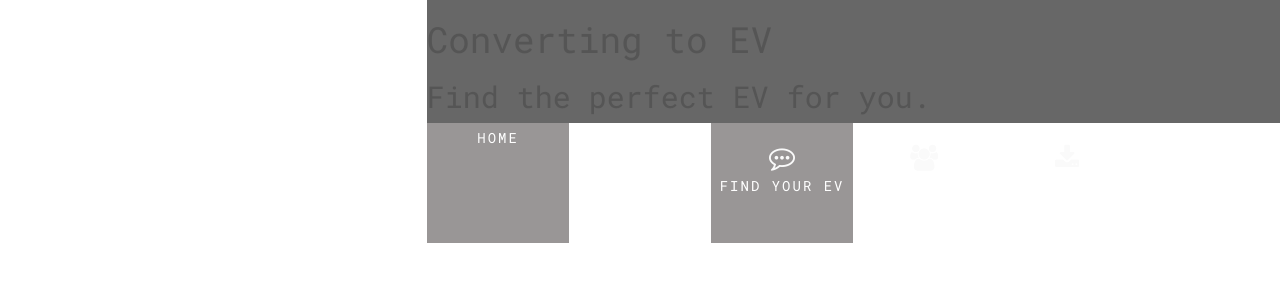
Repository: gnisco/2nd-project
Page: index.html
The author's editor kept a record of every edit. The page is drawn from the files as they stood at one moment, then again after the next edit.
The browser window is 1280 px wide. The pictures show the whole page.
Some web libraries are served in a nearby version.

Above is the page before.

### index.html
<!DOCTYPE html>
<html lang="en">
<head>
    <link rel="stylesheet" href="https://maxcdn.bootstrapcdn.com/bootstrap/3.3.7/css/bootstrap.min.css" type="text/css" />
    <link rel="stylesheet" href="https://maxcdn.bootstrapcdn.com/font-awesome/4.7.0/css/font-awesome.min.css" type="text/css" />
    <link rel="stylesheet" href="https://cdnjs.cloudflare.com/ajax/libs/hover.css/2.1.1/css/hover-min.css" type="text/css" />
    <link rel="stylesheet" href="assets/css/style.css" type="text/css" />
    <title>Convert to EV</title>
</head>

<body>
    <header class="container-fluid">
        <div class="row">
            <a href="index.html">
                <div class="col-md-4 logo"></div>
            </a>
            <div class="col-md-8">
                <div class="row bg-color-name-title">
                    <div class="heading">
                        <h1 class="name">Converting to EV</h1>
                        <h2 class="title">Find the perfect EV for you.</h2>
                    </div>
                </div>
                <div class="row">
                    <ul id="nav" class="list-inline clearfix">
                        <li class="col-xs-6 col-sm-2 ui-menu-color-home menuitem">
                            <a href="index.html" class="hvr-sweep-to-bottom"></i><span>Home</span></a>
                        </li>
                        <li class="col-xs-6 col-sm-2 ui-menu-color-resume menuitem">
                            <a href="resume.html" class="hvr-sweep-to-bottom"><span>Why switch?</span></a>
                        </li>
                        <li class="col-xs-6 col-sm-2 ui-menu-color-contact menuitem">
                            <a href="contact.html" class="hvr-sweep-to-bottom"><i class=" fa fa-commenting-o" aria-hidden="true"></i><span>Find your EV</span></a>
                        </li>
                        <li class="col-xs-6 col-sm-2 ui-menu-color-interests menuitem">
                            <a href="interests.html" class="hvr-sweep-to-bottom"><i class="fa fa-users" aria-hidden="true"></i><span>Contact</span></a>
                        </li>
                        <li class="col-xs-6 col-sm-2 ui-menu-color-download menuitem">
                            <a href="assets/cv/sample-cv.pdf" target="_blank" class="hvr-sweep-to-bottom"><i class="fa fa-download" aria-hidden="true"></i><span>Government info</span></a>
                        </li>
                    </ul>
                </div>
            </div>
        </div>
    </header>

</body>
</html>

### assets/css/style.css
@import url('https://fonts.googleapis.com/css?family=Roboto+Mono&display=swap');

#nav {
    margin: 0;
}

#nav li {
    padding: 0;
}

.menuitem {
    height: 120px;
    text-align: center;
    padding: 0;
}

.menuitem a {
    width: 100%;
    text-decoration: none;
    color: #ffffff;
    height: 120px;
}


.menuitem a i {
    padding-top: 22px;
    display: block;
    color: #fafafa;
    font-size: 26px;
}

.menuitem span {
    display: block;
    width: 100%;
    padding-top: 5px;
    text-align: center;
    text-transform: uppercase;
    font-size: 14px;
    font-weight: 300;
    letter-spacing: 2px;
}


/*--------------------------------------------Hover.css*/

.hvr-sweep-to-bottom:before {
    background: rgba(0, 0, 0, 0.2);
    height: 120px;
}

/*--------------------------------------------Colors*/

.bg-color-name-title {
    background-color: #676767;
}

.ui-menu-color-home {
    background-color: #999696;
}

.ui-menu-color-why-switch {
    background-color: #999696;
}

.ui-menu-color-find-your-ev {
    background-color: #999696;
}

.ui-menu-color-contact {
    background-color: #999696;
}




body {
    font-family: Roboto Mono, sans-serif;
    font-weight: 200;
    background-color: #fffff;
    color: #555555;
}

After the next edit:
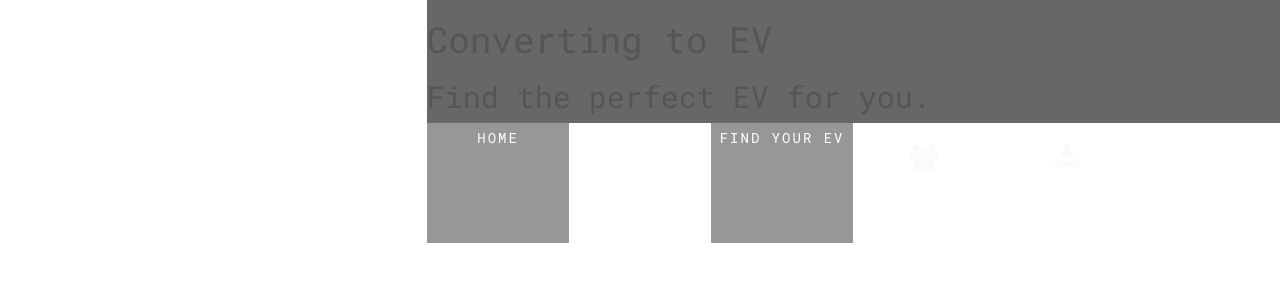
The edit:
--- a/index.html
+++ b/index.html
@@ -30,7 +30,7 @@
                             <a href="resume.html" class="hvr-sweep-to-bottom"><span>Why switch?</span></a>
                         </li>
                         <li class="col-xs-6 col-sm-2 ui-menu-color-contact menuitem">
-                            <a href="contact.html" class="hvr-sweep-to-bottom"><i class=" fa fa-commenting-o" aria-hidden="true"></i><span>Find your EV</span></a>
+                            <a href="contact.html" class="hvr-sweep-to-bottom"><span>Find your EV</span></a>
                         </li>
                         <li class="col-xs-6 col-sm-2 ui-menu-color-interests menuitem">
                             <a href="interests.html" class="hvr-sweep-to-bottom"><i class="fa fa-users" aria-hidden="true"></i><span>Contact</span></a>
